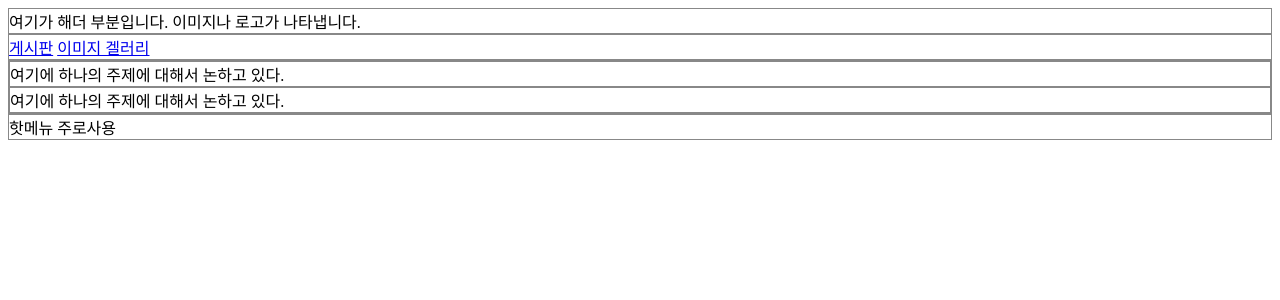
Repository: seokku/java2
Page: workspace/web/ch02basic/WebContent/semantic.html
These files come from the project's save history. The page is drawn as it stood at one moment and after the next save; the edit follows.
The browser window is 1280 px wide. The pictures show the whole page.

Above is the page before, as saved 2021-02-15 07:30:55.

After the next save:
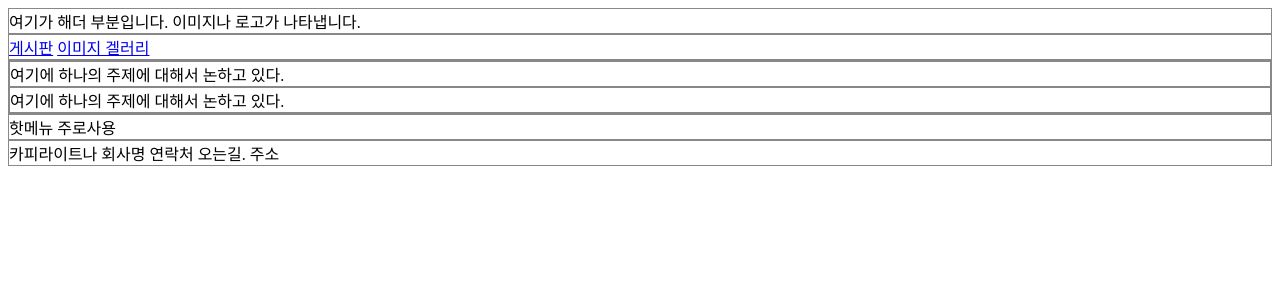
Saved 36 s later.
--- a/workspace/web/ch02basic/WebContent/semantic.html
+++ b/workspace/web/ch02basic/WebContent/semantic.html
@@ -20,5 +20,8 @@ header, nav, section, article, aside, footer{
 	<article>여기에 하나의 주제에 대해서 논하고 있다.</article>
 </section>
 <aside>핫메뉴 주로사용</aside>
+<footer>
+	카피라이트나 회사명 연락처 오는길. 주소
+</footer>
 </body>
 </html>
